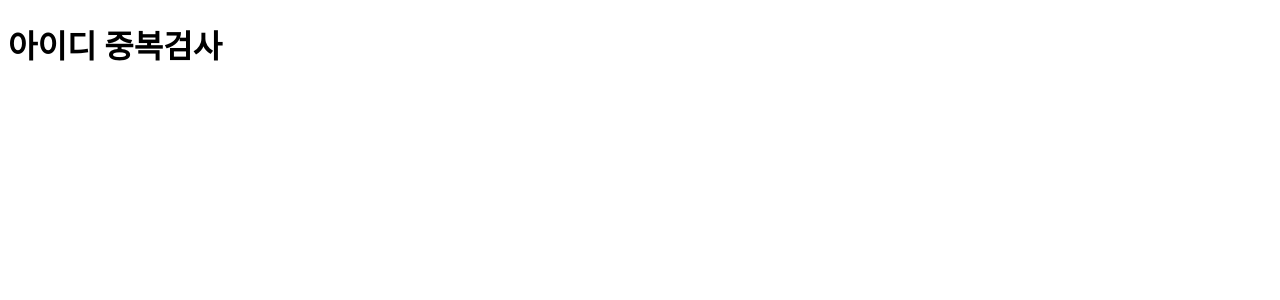
Repository: JungYOsup/Mini_project
Page: http://localhost/EsCape_Room/checked.jsp
The author's editor kept a copy of each file at every save. The page is drawn from the files as they stood at one save, then again after a run of saves.
The browser window is 1280 px wide. The pictures show the whole page.
The page is served by Tomcat 9.

Above is the page before, as saved 2018-01-16 04:09:13.

After the next 4 saves:
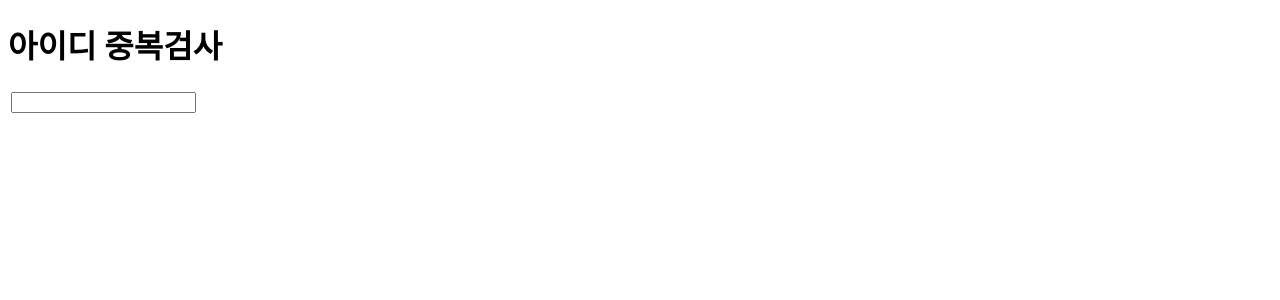
The 4 saves are shown as one change because they came seconds apart.
The last was saved 18 s later.
--- a/EsCape_Room/WebContent/checked.jsp
+++ b/EsCape_Room/WebContent/checked.jsp
@@ -26,7 +26,7 @@
 <table>
 
 	<tr>
-		<td></td>
+		<td><input type=""></td>
 	</tr>
 
 </table>
